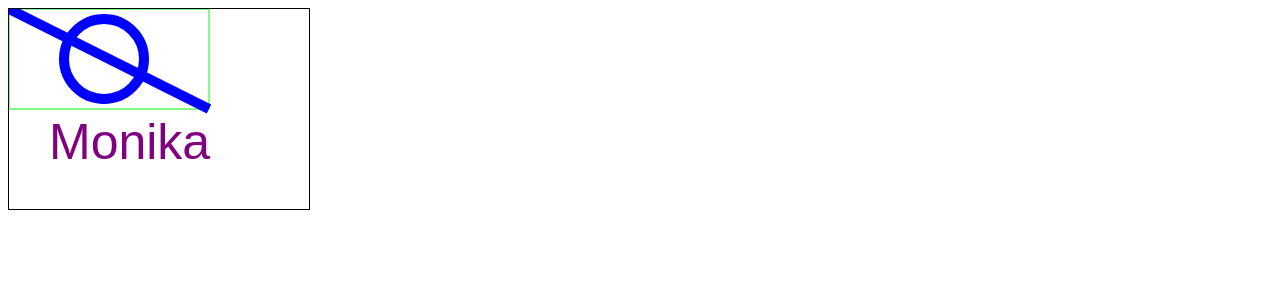
Repository: BhardwajMonika/core-java
Page: HTML2/WebContent/Canvas1.html
These files come from the project's save history. The page is drawn as it stood at one moment and after the next save; the edit follows.
The browser window is 1280 px wide. The pictures show the whole page.

Above is the page before, as saved 2019-02-27 09:41:05.

### HTML2/WebContent/Canvas1.html
<!DOCTYPE html>
<html>
<head>


<meta charset="ISO-8859-1">
<title>canvas</title>
</head>
<body>

	<canvas id="myCanvas" width="300" height="200"
		style="border: 1px solid #000000;">
</canvas>
<script>
	var c = document.getElementById("myCanvas");
	var ctx = c.getContext("2d");


	ctx.drawStyle = "#FF0000";
	ctx.strokeStyle="#00FF00";
	ctx.strokeRect(0, 0, 200, 100);

	ctx.beginPath();
	ctx.strokeStyle="#FF0000"
	ctx.arc(95,50,40,0,2*Math.PI);
	ctx.stroke();

	ctx.moveTo(0,0);
	ctx.lineTo(200,100);
	ctx.lineWidth=10;

	ctx.strokeStyle='#0000ff';
	ctx.stroke();

	ctx.font="50px Arial";
	ctx.fillStyle='purple';
	ctx.fillText("Monika",40,150);

</script>

</body>
</html>

After the next save:
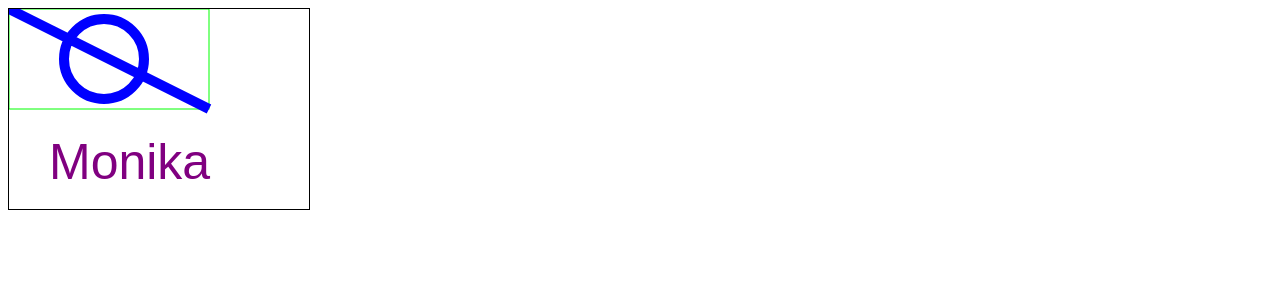
Saved 19 s later.
--- a/HTML2/WebContent/Canvas1.html
+++ b/HTML2/WebContent/Canvas1.html
@@ -34,7 +34,7 @@
 
 	ctx.font="50px Arial";
 	ctx.fillStyle='purple';
-	ctx.fillText("Monika",40,150);
+	ctx.fillText("Monika",40,170);
 
 </script>
 
